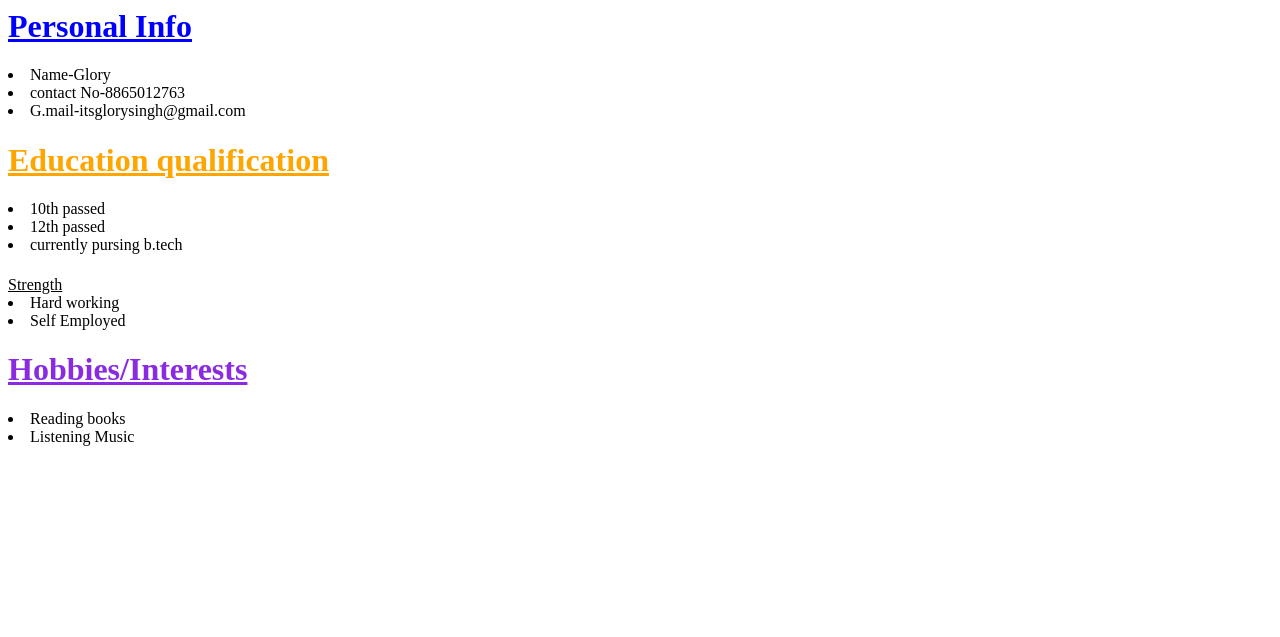
Repository: Glory998/ELCE1-32
Page: resume.html
These files come from the project's save history. The page is drawn as it stood at one moment and after the next save; the edit follows.
The browser window is 1280 px wide. The pictures show the whole page.

Above is the page before, as saved 2025-11-28 12:15:53.

After the next save:
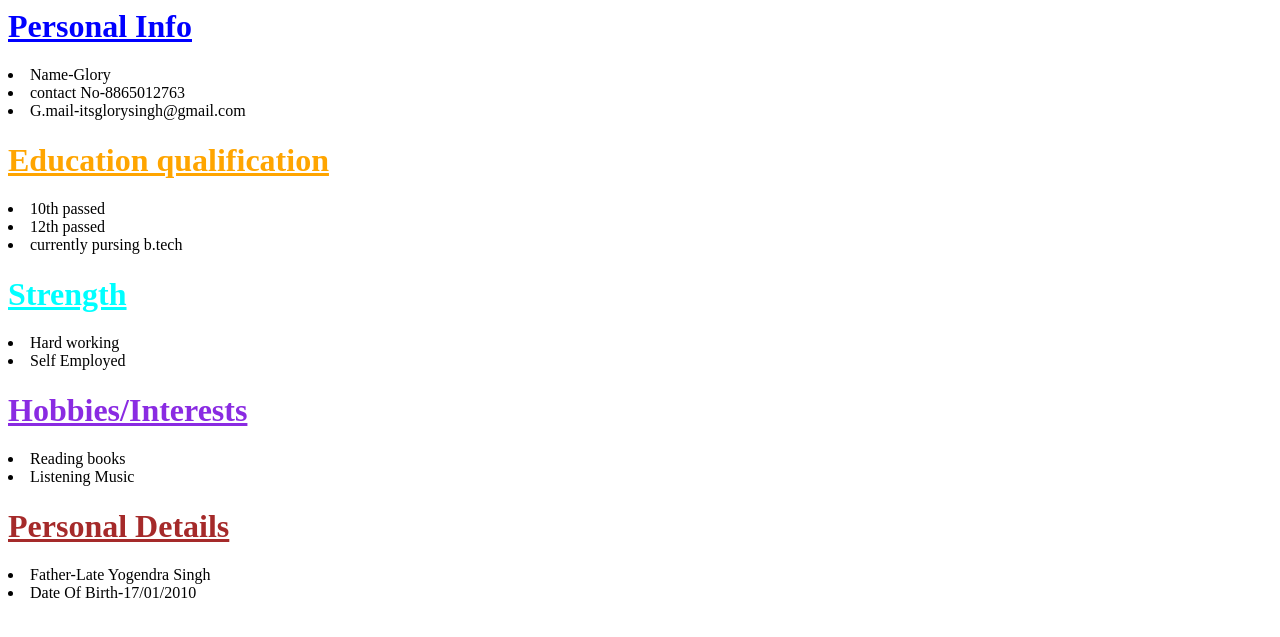
Saved 117 s later.
--- a/resume.html
+++ b/resume.html
@@ -14,7 +14,7 @@
 <li>12th passed</li>
 <li> currently pursing b.tech</li>
 
-<h1 style="color:aqua"></h1><u>Strength</u></h1>
+<h1 style="color:aqua"><u>Strength</u></h1>
 <li>Hard working</li>
 <li> Self Employed</li>
 
@@ -22,7 +22,9 @@
         <li>Reading books</li>
         <li>Listening Music</li>
 
-        <h1 style="Personal Details><
+        <h1 style="color:brown"><u> Personal Details</u></h1>
+        <li>Father-Late Yogendra Singh</li>
+        <li>Date Of Birth-17/01/2010</li>
 
     </head>
 </html>
